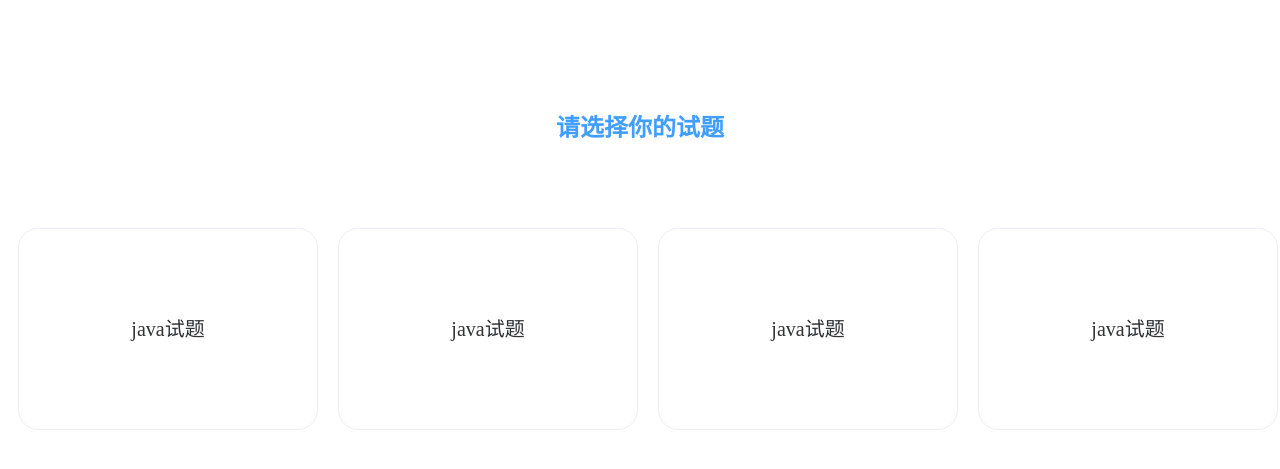
Repository: Fhup/OQP
Page: /home
The author's editor kept a copy of each file at every save. The page is drawn from the files as they stood at one save, then again after the next save.
The browser window is 1280 px wide. The pictures show the whole page.
The project was rebuilt for these pictures with package versions that can differ from the ones it lists, and the page was loaded fresh each time.

Above is the page before, as saved 2021-11-28 09:17:34.

After the next save:
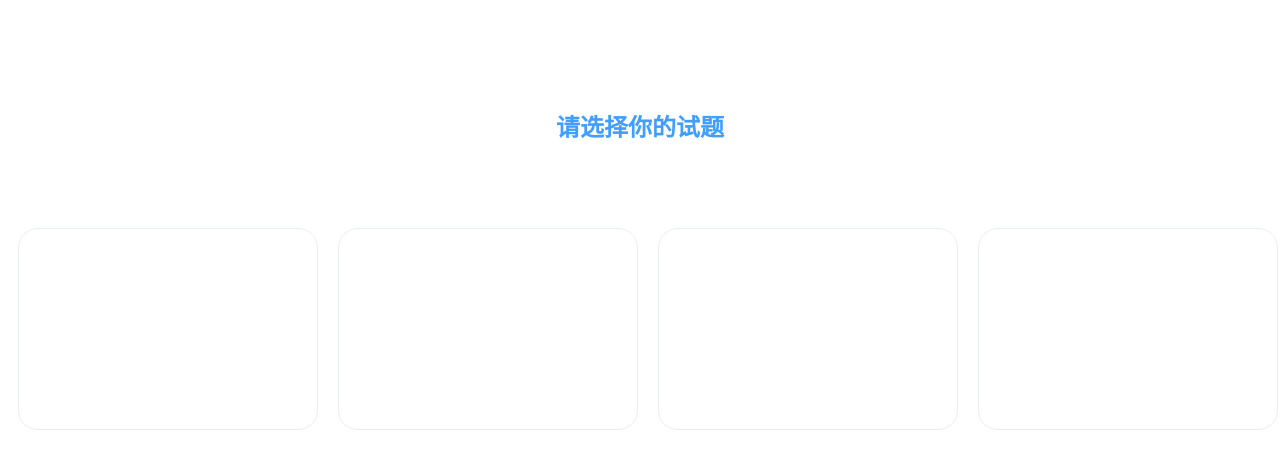
Saved 14 s later.
--- a/src/views/home/childCopms/homeCheckItem.vue
+++ b/src/views/home/childCopms/homeCheckItem.vue
@@ -1,7 +1,7 @@
 <template>
     <div class="grid-content">
         <el-card shadow="hover">
-          java试题
+          {{type}}
         </el-card>
     </div>
 </template>
